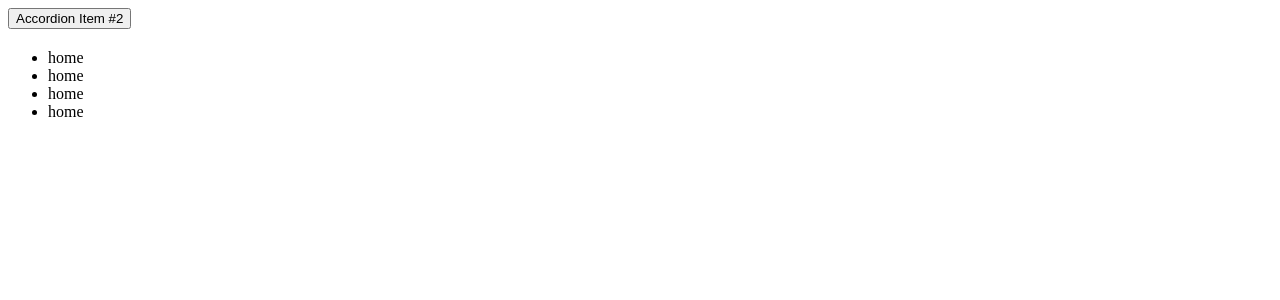
Repository: anildevaki1/MSSGL-shareModule
Page: component/sidenavbar.html
These files come from the project's save history. The page is drawn as it stood at one moment and after the next save; the edit follows.
The browser window is 1280 px wide. The pictures show the whole page.

Above is the page before, as saved 2023-01-10 19:35:13.

After the next save:
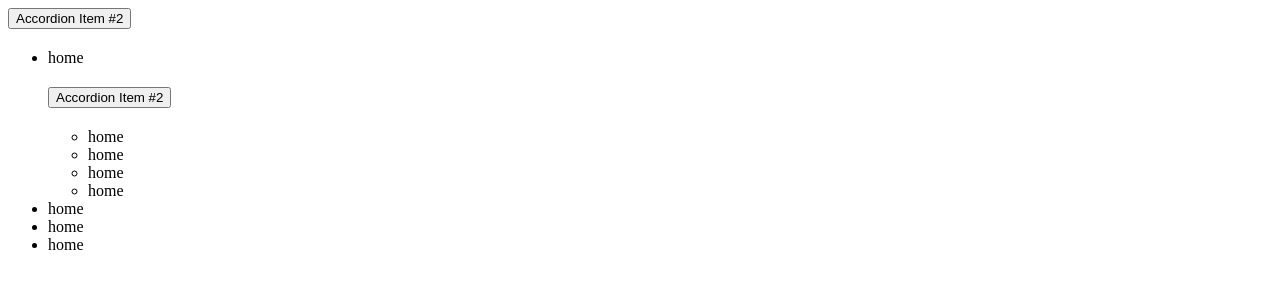
Saved 2 min 32 s later.
--- a/component/sidenavbar.html
+++ b/component/sidenavbar.html
@@ -11,6 +11,30 @@
             <div class="accordion-body p-0">
                 <ul class="list-group w-100">
                     <li class="list-group-item">home</li>
+                    <div class="accordion-item">
+                        <h2 class="accordion-header" id="flush-headingTwo">
+                            <button class="accordion-button collapsed" type="button" data-bs-toggle="collapse"
+                                data-bs-target="#flush-collapseTwo" aria-expanded="false" aria-controls="flush-collapseTwo">
+                                Accordion Item #2
+                            </button>
+                        </h2>
+                        <div id="flush-collapseTwo" class="accordion-collapse collapse" aria-labelledby="flush-headingTwo"
+                            data-bs-parent="#accordionFlushExample">
+                            <div class="accordion-body p-0">
+                                <ul class="list-group w-100">
+                                    <li class="list-group-item">home</li>
+
+
+
+                                    <li class="list-group-item">home</li>
+                                    <li class="list-group-item">home</li>
+                                    <li class="list-group-item">home</li>
+                                </ul>
+                            </div>
+                        </div>
+                    </div>
+
+
                     <li class="list-group-item">home</li>
                     <li class="list-group-item">home</li>
                     <li class="list-group-item">home</li>
